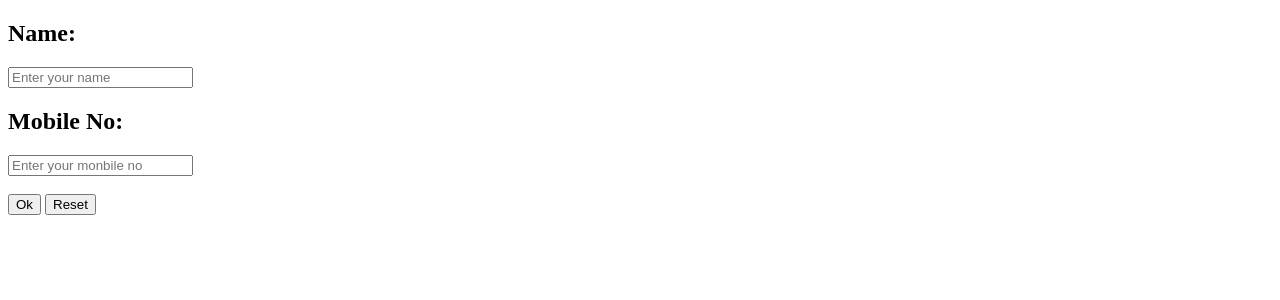
Repository: akki1071993/JavaServlet
Page: MyFirstServletApp/src/main/webapp/index.html
An editor plug-in stored every save of this project. The page is shown before and after the next save, followed by the edit.
The browser window is 1280 px wide. The pictures show the whole page.

Above is the page before, as saved 2022-06-14 07:54:45.

### MyFirstServletApp/src/main/webapp/index.html
<!DOCTYPE html>
<html>
<head>
<meta charset="ISO-8859-1">
<title>Welcome to Akash World</title>
</head>
<body>
<h2>Name: </h2>
<input type="text" name="fname"  placeholder="Enter your name" />

<h2>Mobile No: </h2>
<input type="text" name="fname"  placeholder="Enter your monbile no" />
<br></br>
<button type="submit">Ok</button>
<button type="reset">Reset</button>

</body>
</html>

After the next save:
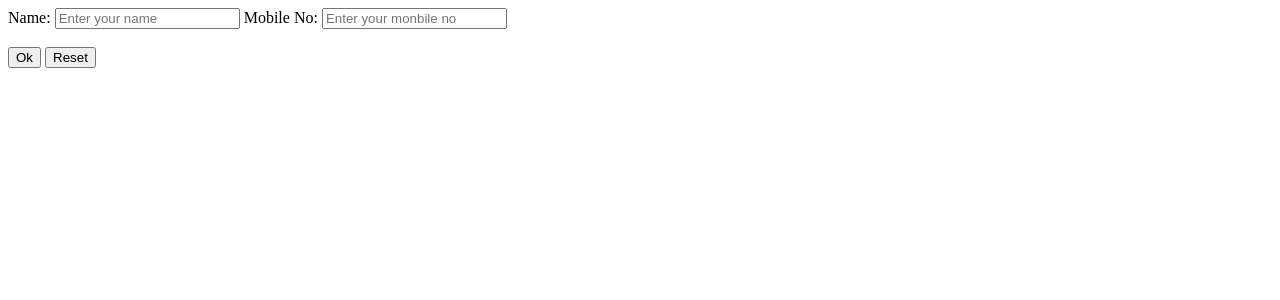
Saved 26 s later.
--- a/MyFirstServletApp/src/main/webapp/index.html
+++ b/MyFirstServletApp/src/main/webapp/index.html
@@ -5,10 +5,10 @@
 <title>Welcome to Akash World</title>
 </head>
 <body>
-<h2>Name: </h2>
+<label>Name: </label>
 <input type="text" name="fname"  placeholder="Enter your name" />
 
-<h2>Mobile No: </h2>
+<label>Mobile No: </label>
 <input type="text" name="fname"  placeholder="Enter your monbile no" />
 <br></br>
 <button type="submit">Ok</button>
